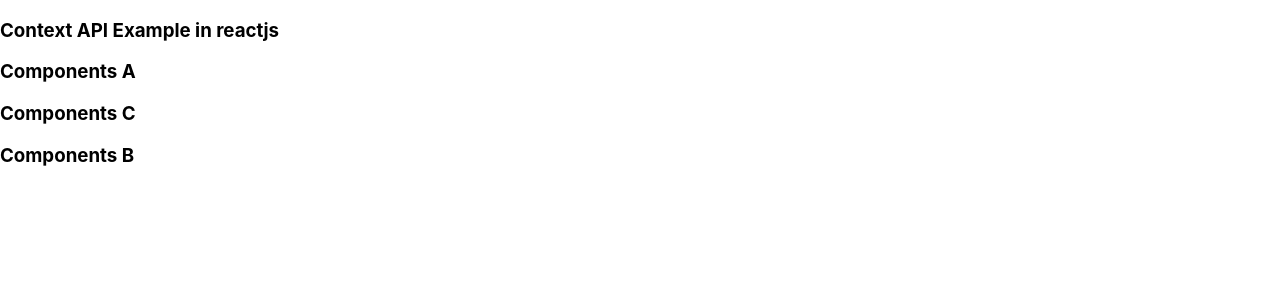
Repository: lalji-yadav/React-Context-API
Page: /a
These files come from the project's save history. The page is drawn as it stood at one moment and after the next save; the edit follows.
The browser window is 1280 px wide. The pictures show the whole page.
The project was rebuilt for these pictures with package versions that can differ from the ones it lists, and the page was loaded fresh each time. Also part of the build but not shown: src/App.css.

Above is the page before, as saved 2021-02-09 16:32:26.

After the next save:
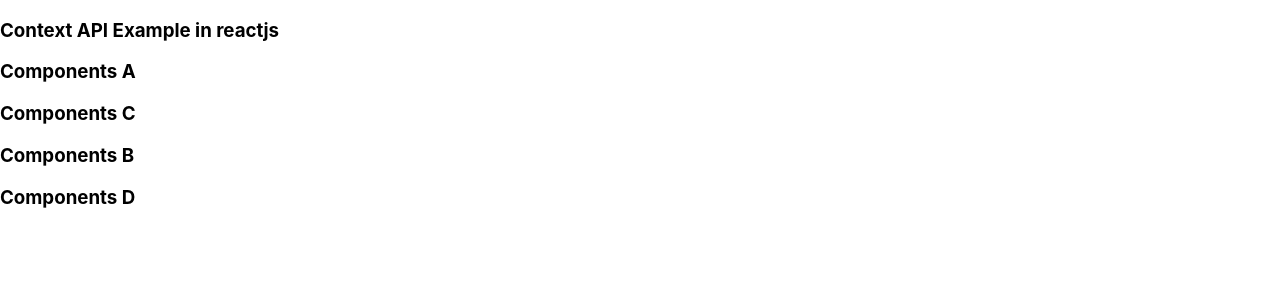
Saved 25 s later.
--- a/src/components/B.js
+++ b/src/components/B.js
@@ -1,9 +1,11 @@
 import React from 'react';
+import D from "./D";
 
 const B = () => {
     return (
         <div>
              <h3> Components B </h3>
+             <D />
         </div>
     );
 };
